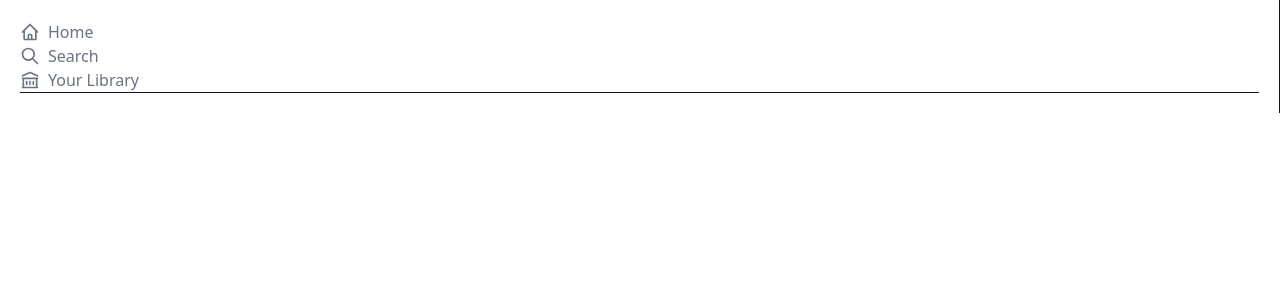
Repository: SehajBindra/Spotify-clone
Page: /
The author's editor kept a copy of each file at every save. The page is drawn from the files as they stood at one save, then again after the next save.
The browser window is 1280 px wide. The pictures show the whole page.
The project was rebuilt for these pictures with package versions that can differ from the ones it lists, and the page was loaded fresh each time. The framework's server and built-in components were replaced by stand-ins that run in the browser. Also part of the build but not shown: next.config.js, styles/Home.module.css.

Above is the page before, as saved 2022-07-08 16:04:34.

After the next save:
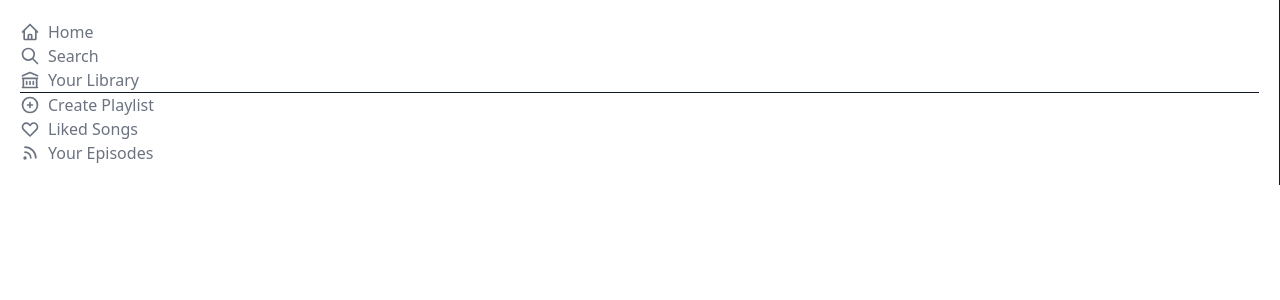
Saved 3 min 45 s later.
--- a/components/Sidebar.js
+++ b/components/Sidebar.js
@@ -1,5 +1,12 @@
 import React from "react";
-import { HomeIcon, LibraryIcon, SearchIcon } from "@heroicons/react/outline";
+import {
+  HeartIcon,
+  HomeIcon,
+  LibraryIcon,
+  PlusCircleIcon,
+  RssIcon,
+  SearchIcon,
+} from "@heroicons/react/outline";
 
 function Sidebar() {
   return (
@@ -18,6 +25,18 @@ function Sidebar() {
         <p>Your Library</p>
       </button>
       <hr className=" border-t [0.1px] border-gray-900" />
+      <button className="flex items-center space-x-2 hover:text-white">
+        <PlusCircleIcon className="h-5 w-5" />
+        <p>Create Playlist</p>
+      </button>
+      <button className="flex items-center space-x-2 hover:text-white">
+        <HeartIcon className="h-5 w-5" />
+        <p>Liked Songs</p>
+      </button>
+      <button className="flex items-center space-x-2 hover:text-white">
+        <RssIcon className="h-5 w-5" />
+        <p>Your Episodes</p>
+      </button>
     </div>
   );
 }
